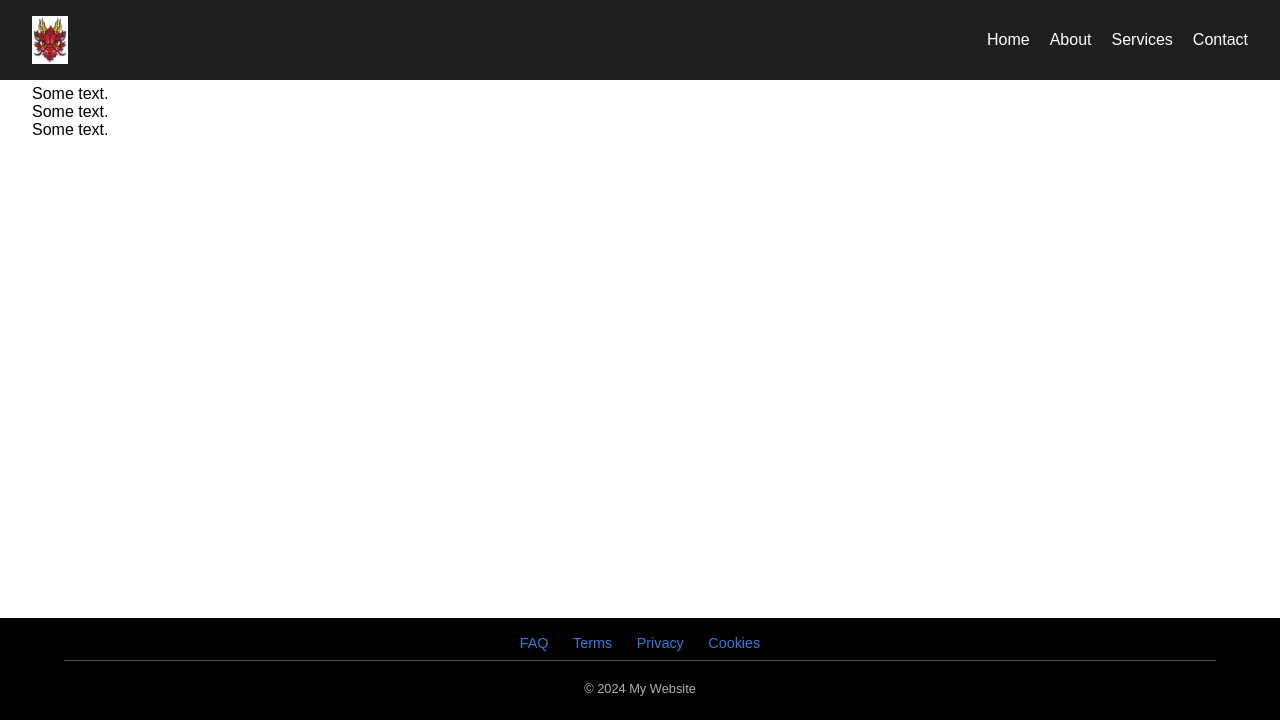
Repository: andreamm-lab/css-positioning-examples-2025-10
Page: index.html
These files come from the project's save history. The page is drawn as it stood at one moment and after the next save; the edit follows.
The browser window is 1280 px wide. The pictures show the whole page.

Above is the page before, as saved 2025-11-10 19:27:45.

After the next save:
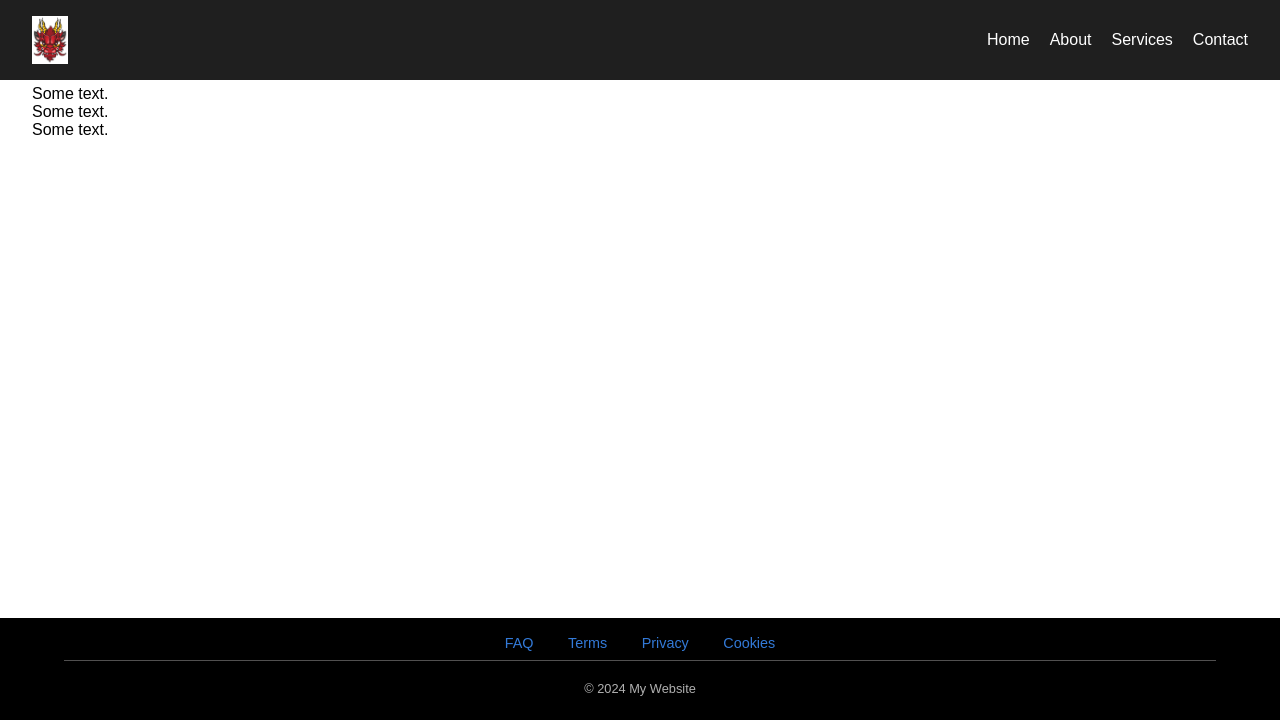
Saved 24 s later.
--- a/main.css
+++ b/main.css
@@ -267,7 +267,7 @@ main.page {
 
 #main-footer nav ul li {
     display: inline-block;
-    margin: 0 10px;  /*Distance between words in footer: FAQ, Terms, etc. */
+    margin: 0 15px;  /*Distance between words in footer: FAQ, Terms, etc. */
 }
 
 #main-footer nav ul li a {
